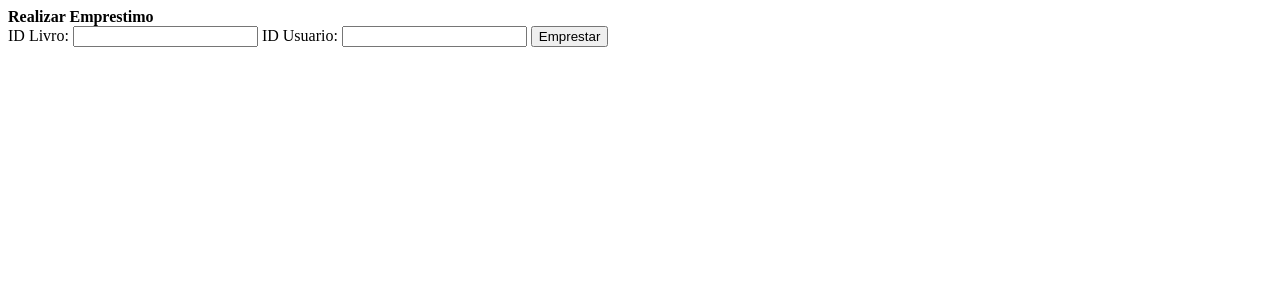
Repository: lmsmorais/ProjectEpiousion
Page: http://localhost/LibraryProject/realizarEmprestimo.jsp
These files come from the project's save history. The page is drawn as it stood at one moment and after the next save; the edit follows.
The browser window is 1280 px wide. The pictures show the whole page.
The page is served by Tomcat 9. Other server files are loaded and not shown.

Above is the page before, as saved 2020-11-12 15:52:09.

### LibraryProject/WebContent/realizarEmprestimo.jsp
<%@ page language="java" contentType="text/html; charset=UTF-8"
    pageEncoding="UTF-8"%>
<!DOCTYPE html>
<html>
<head>
<meta charset="UTF-8">
<title>Realizar Emprestimo</title>
</head>
<body>
	<strong>Realizar Emprestimo</strong>
	<form method="post" action="EmprestimoServlet">
			ID Livro: <input type="text" name="idLivro"/>
			ID Usuario: <input type="text" name="idUsuario"/>
			<input type="submit" value="Emprestar"/>
		</form>
</body>
</html>

After the next save:
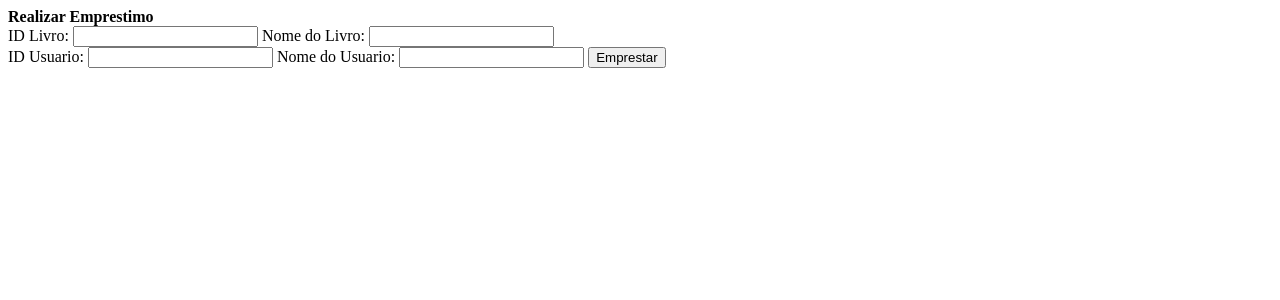
Saved 14 min 14 s later.
--- a/LibraryProject/WebContent/realizarEmprestimo.jsp
+++ b/LibraryProject/WebContent/realizarEmprestimo.jsp
@@ -10,7 +10,10 @@
 	<strong>Realizar Emprestimo</strong>
 	<form method="post" action="EmprestimoServlet">
 			ID Livro: <input type="text" name="idLivro"/>
+			Nome do Livro: <input type="text" name="nomeLivro"/>
+			<br>
 			ID Usuario: <input type="text" name="idUsuario"/>
+			Nome do Usuario: <input type="text" name="nomeUsuario"/>
 			<input type="submit" value="Emprestar"/>
 		</form>
 </body>
